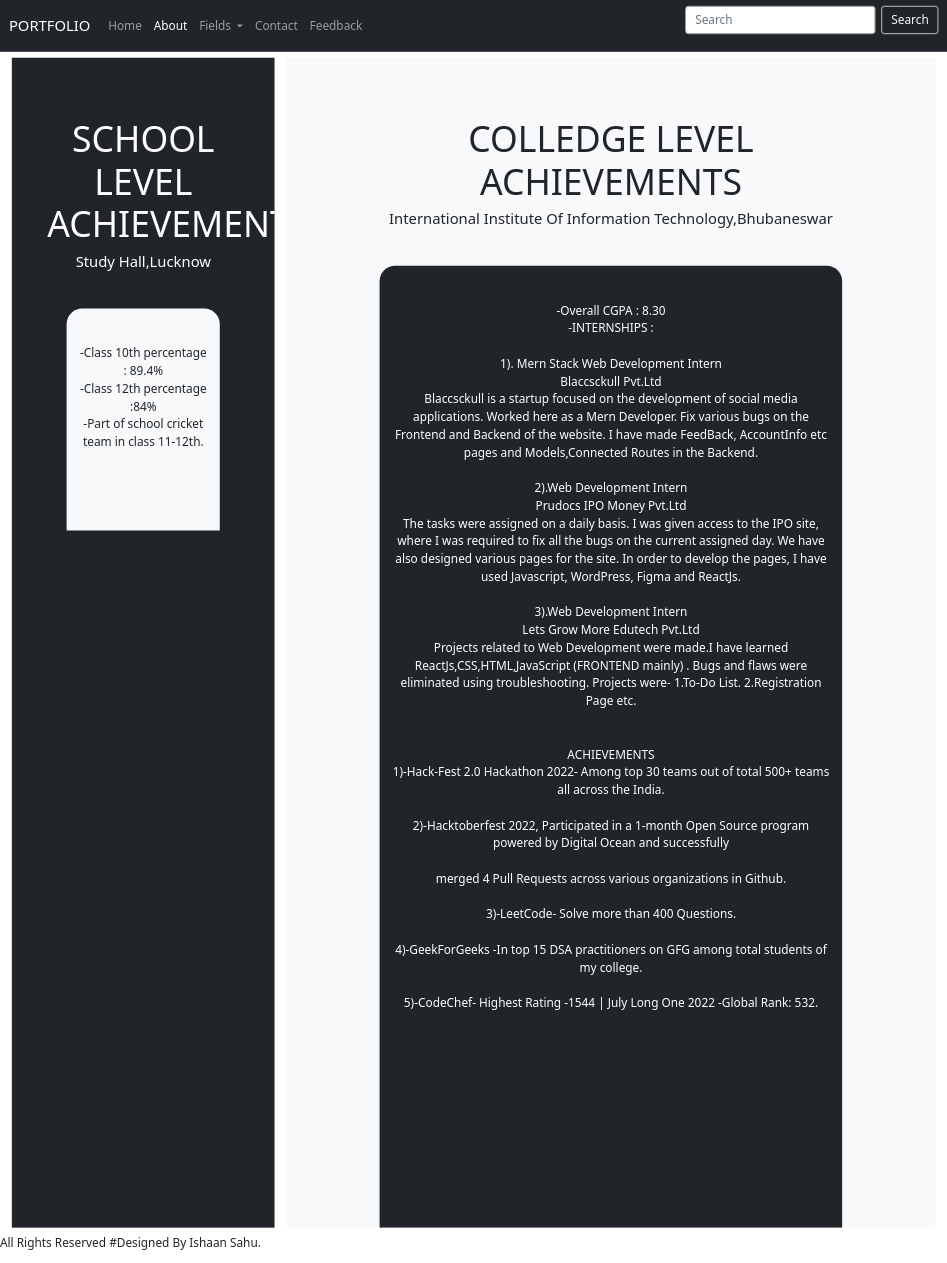
Repository: ishaan51551/Ishaan-s-Portfolio-
Page: about.html
These files come from the project's save history. The page is drawn as it stood at one moment and after the next save; the edit follows.
The browser window is 1280 px wide. The pictures show the whole page, at 74% of full size.

Above is the page before, as saved 2023-09-13 16:21:38.

### about.html
</body>

</html>

<!doctype html>
<html lang="en">

<head>
  <!-- Required meta tags -->
  <meta charset="utf-8">
  <meta name="viewport" content="width=device-width, initial-scale=1">

  <!-- Bootstrap CSS -->
  <link href="https://cdn.jsdelivr.net/npm/bootstrap@5.1.1/dist/css/bootstrap.min.css" rel="stylesheet"
    integrity="sha384-F3w7mX95PdgyTmZZMECAngseQB83DfGTowi0iMjiWaeVhAn4FJkqJByhZMI3AhiU" crossorigin="anonymous">

  <title>Ishaan Sahu Portfolio</title>
</head>

<body>


  <!-- NAVBAR -->
  <nav class="navbar navbar-expand-lg navbar-dark bg-dark">
    <div class="container-fluid">
      <a class="navbar-brand" href="#">PORTFOLIO </a>
      <button class="navbar-toggler" type="button" data-bs-toggle="collapse" data-bs-target="#navbarSupportedContent"
        aria-controls="navbarSupportedContent" aria-expanded="false" aria-label="Toggle navigation">
        <span class="navbar-toggler-icon"></span>
      </button>
      <div class="collapse navbar-collapse" id="navbarSupportedContent">
        <ul class="navbar-nav me-auto mb-2 mb-lg-0">
          <li class="nav-item">
            <a class="nav-link " aria-current="page" href="index.html">Home</a>
          </li>
          <li class="nav-item">
            <a class="nav-link active" href="/about.html">About</a>
          </li>
          <li class="nav-item dropdown">
            <a class="nav-link dropdown-toggle" href="#" id="navbarDropdown" role="button" data-bs-toggle="dropdown"
              aria-expanded="false">
              Fields
            </a>
            <ul class="dropdown-menu" aria-labelledby="navbarDropdown">
              <li><a class="dropdown-item" href="programming.html">Programming</a></li>
              <li><a class="dropdown-item" href="webdev.html">Web Devlopment</a></li>
              <li>
                <hr class="dropdown-divider">
              </li>
              <li><a class="dropdown-item" href="extracurricular.html">Extra Curricular</a></li>
            </ul>
          </li>
          <li class="nav-item">
            <a class="nav-link " aria-current="page" href="contact.html">Contact</a>
          </li>

          <li class="nav-item">
            <a class="nav-link" href="feedback.html">Feedback</a>

          </li>

        </ul>
        <form class="d-flex">
          <input class="form-control me-2" type="search" placeholder="Search" aria-label="Search">
          <button class="btn btn-outline-light" type="submit">Search</button>

        </form>
      </div>
    </div>
  </nav>

  <!-- Optional JavaScript; choose one of the two! -->

  <!-- Option 1: Bootstrap Bundle with Popper -->
  <script src="https://cdn.jsdelivr.net/npm/bootstrap@5.1.1/dist/js/bootstrap.bundle.min.js"
    integrity="sha384-/bQdsTh/da6pkI1MST/rWKFNjaCP5gBSY4sEBT38Q/9RBh9AH40zEOg7Hlq2THRZ"
    crossorigin="anonymous"></script>



  <!-- boxes -->
  <div class="d-md-flex flex-md-equal w-100my-md-3 ps-md-3 my-2 justify-content-center align item center">
    <div class="bg-dark me-md-3 pt-3 px-3 pt-md-5 px-md-5 text-center text-white overflow-hidden">
      <div class="my-3 py-3 ">
        <h2 class="display-5">SCHOOL LEVEL ACHIEVEMENTS</h2>
        <p class="lead">Study Hall,Lucknow</p>
      </div>
      <div class="bg-light shadow-sm mx-auto" style="width: 80%; height: 300px; border-radius: 21px 21px 0 0;">
        <p class="dance text-dark overfow-hidden text-center px-3 py-5">-Class 10th percentage : 89.4%</br>
          -Class 12th percentage :84%</br>
          -Part of school cricket team in class 11-12th.<br>
        </p>

      </div>
    </div>
    <div class="bg-light me-md-3 pt-3 px-3 pt-md-5 px-md-5 text-center overflow-hidden">
      <div class="my-3 p-3">
        <h2 class="display-5">COLLEDGE LEVEL ACHIEVEMENTS</h2>
        <p class="lead">International Institute Of Information Technology,Bhubaneswar</p>
      </div>
      <div class="bg-dark shadow-sm mx-auto" style="width: 80%; height: 1300px; border-radius: 21px 21px 0 0;">
        <p class="swing text-white text-center px-3 py-5">
          -Overall CGPA : 8.30</br>
          -INTERNSHIPS :</br>
          <br>
          1). Mern Stack Web Development Intern<br>
          Blaccsckull Pvt.Ltd<br>
          Blaccsckull is a startup focused on the development of social media applications. Worked here as a Mern
          Developer.
          Fix various bugs on the Frontend and Backend of the website.
          I have made FeedBack, AccountInfo etc pages and Models,Connected Routes in the Backend.
          <br>
          <br>
          2).Web Development Intern<br>
          Prudocs IPO Money Pvt.Ltd<br>
          The tasks were assigned on a daily basis.
          I was given access to the IPO site, where I was required to fix all the bugs on the current assigned day. We
          have also designed various pages for the site.
          In order to develop the pages, I have used Javascript, WordPress, Figma and ReactJs.
          <br>
          <br>
          3).Web Development Intern<br>
          Lets Grow More Edutech Pvt.Ltd<br>
          Projects related to Web Development were made.I have learned ReactJs,CSS,HTML,JavaScript (FRONTEND mainly) .
          Bugs and flaws were eliminated using troubleshooting.
          Projects were-
          1.To-Do List.
          2.Registration Page etc.
          <br><br><br>
          ACHIEVEMENTS<br>
          1)-Hack-Fest 2.0 Hackathon 2022- Among top 30 teams out of total 500+ teams all across the India.<br><br>
          2)-Hacktoberfest 2022, Participated in a 1-month Open Source program powered by Digital Ocean and successfully<br><br>
          merged 4 Pull Requests across various organizations in Github.<br><br>
          3)-LeetCode- Solve more than 400 Questions.<br><br>
          4)-GeekForGeeks -In top 15 DSA practitioners on GFG among total students of my college. <br><br>
          5)-CodeChef- Highest Rating -1544 | July Long One 2022 -Global Rank: 532.<br><br>

        </p>
        </p>
      </div>
    </div>
  </div>

  <!-- FOOTER  -->
  <footer class="blog-footer">
    <p>All Rights Reserved #Designed By Ishaan Sahu.</p>
    <p>

    </p>
  </footer>
</body>

</html>

After the next save:
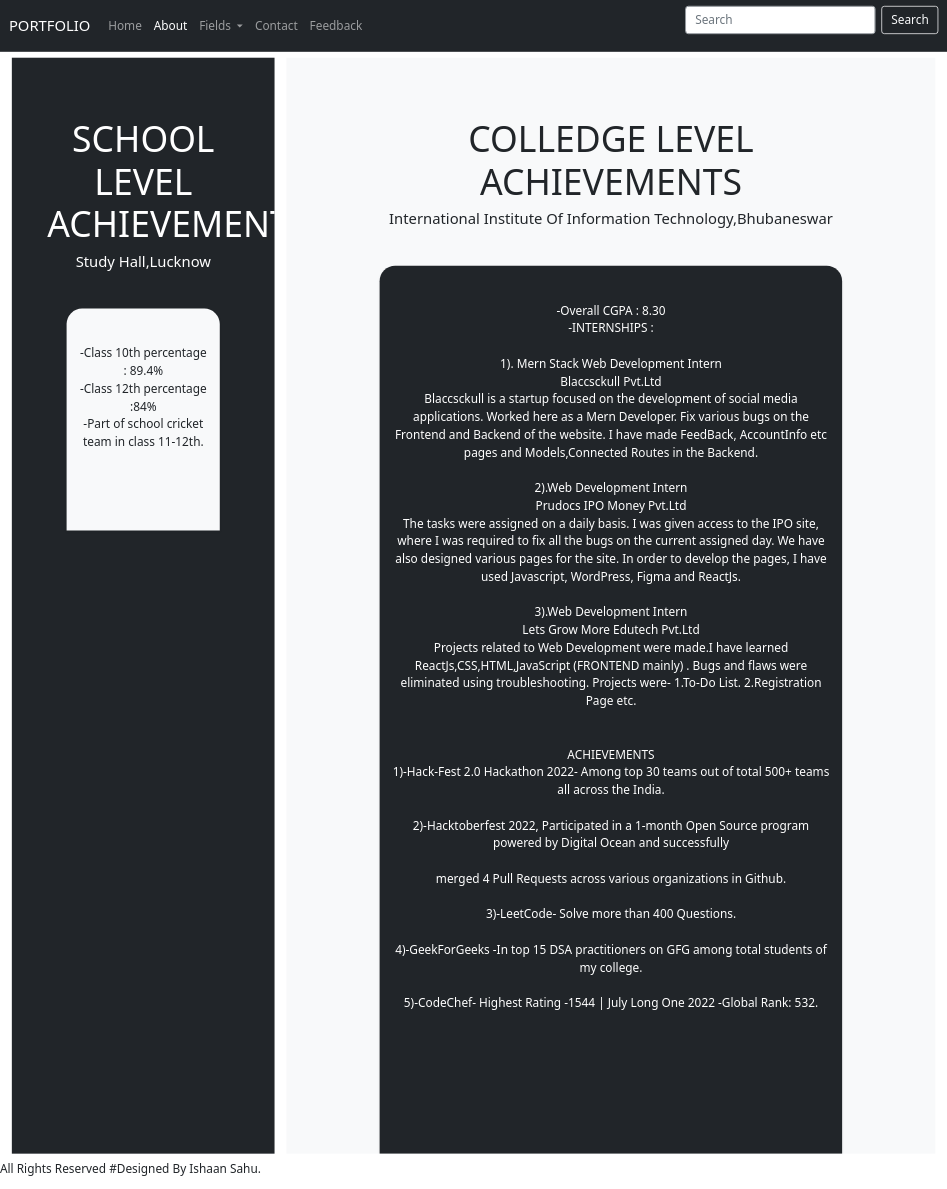
Saved 5 s later.
--- a/about.html
+++ b/about.html
@@ -98,7 +98,7 @@
         <h2 class="display-5">COLLEDGE LEVEL ACHIEVEMENTS</h2>
         <p class="lead">International Institute Of Information Technology,Bhubaneswar</p>
       </div>
-      <div class="bg-dark shadow-sm mx-auto" style="width: 80%; height: 1300px; border-radius: 21px 21px 0 0;">
+      <div class="bg-dark shadow-sm mx-auto" style="width: 80%; height: 1200px; border-radius: 21px 21px 0 0;">
         <p class="swing text-white text-center px-3 py-5">
           -Overall CGPA : 8.30</br>
           -INTERNSHIPS :</br>
